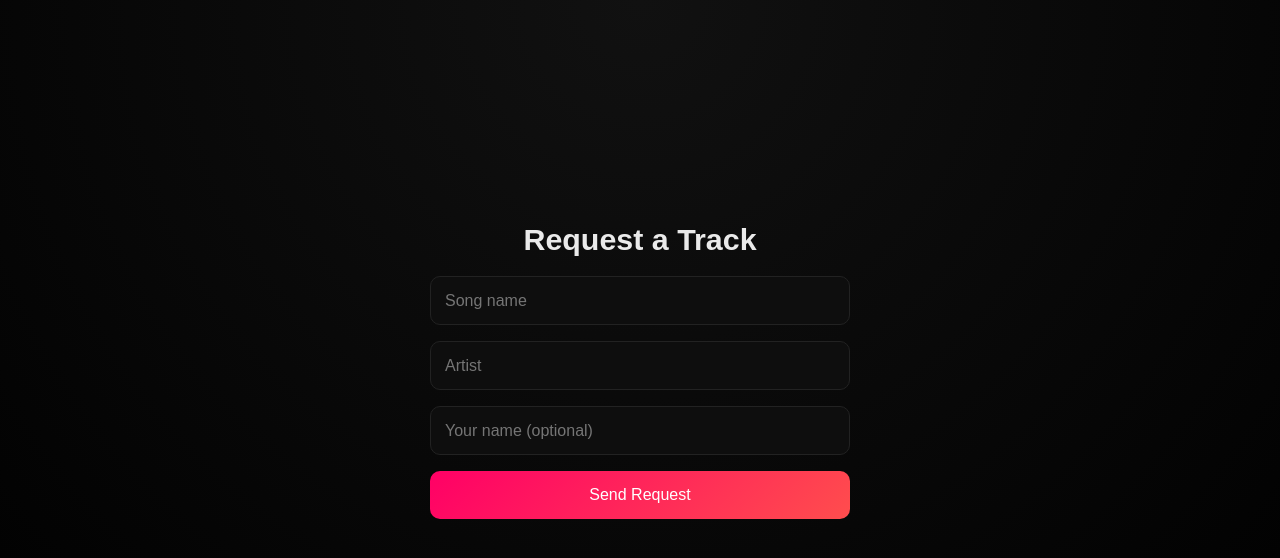
Repository: AryanHeravi/DJ-Request
Page: song_request.html
An editor plug-in stored every save of this project. The page is shown before and after the next save, followed by the edit.
The browser window is 1280 px wide. The pictures show the whole page.

Above is the page before, as saved 2026-01-31 15:22:13.
Console error: SyntaxError: Unexpected end of input

After the next save:
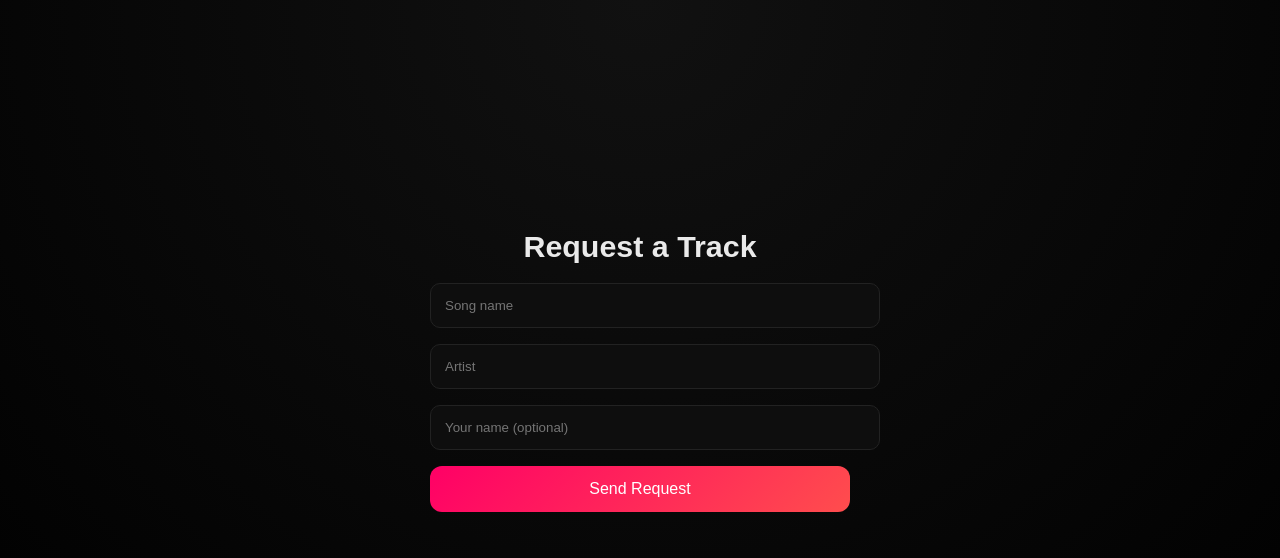
Console error: ReferenceError: emailjs is not defined
Saved 48 s later.
--- a/song_request.html
+++ b/song_request.html
@@ -51,26 +51,22 @@
   margin-bottom: 1.2rem;
 }
 
-/* unified sizing fix */
-input,
+input {
+  width: 100%;
+  padding: 14px;
+  margin-bottom: 1rem;
+  background: #0e0e0e;
+  border: 1px solid #222;
+  border-radius: 10px;
+  color: #fff;
+}
+
 button {
   width: 100%;
   padding: 14px;
-  box-sizing: border-box;
-  border-radius: 10px;
+  border-radius: 12px;
+  border: none;
   font-size: 1rem;
-  line-height: 1.2;
-}
-
-input {
-  margin-bottom: 1rem;
-  background: #0e0e0e;
-  border: 1px solid #222;
-  color: #fff;
-}
-
-button {
-  border: none;
   cursor: pointer;
 }
 
@@ -87,9 +83,7 @@
   margin-top: 0.7rem;
 }
 
-.hidden {
-  display: none;
-}
+.hidden { display: none; }
 
 .tip-note {
   font-size: 0.85rem;
@@ -133,7 +127,7 @@
       <button class="review-btn">Leave a Google Review</button>
     </a>
 
-    <a href="https://paypal.me/aryaux" target="_blank">
+    <a href="https://www.paypal.me/YOURPAYPAL" target="_blank">
       <button class="paypal-btn">Tip via PayPal</button>
     </a>
   </div>
@@ -141,9 +135,12 @@
 </div>
 
 <script>
-  const FORCE_OPEN = true;
-
-emailjs.init('zZ9hyStHZbajM0m2U');
+// ==========================
+// 🔧 TEST MODE
+// ==========================
+const FORCE_OPEN = true; // ← set to false before your shift
+
+emailjs.init('6o_OSihC1KZB6rAKo');
 
 const form = document.getElementById('songForm');
 const thankYou = document.getElementById('thankYou');
@@ -153,29 +150,23 @@
 const note = document.getElementById('note');
 
 function isOpenNow() {
-  if (FORCE_OPEN) {
-    const now = new Date();
-    return { open: true, hour: now.getHours(), min: now.getMinutes() };
-  }
-
-
-
-function isOpenNow() {
   const now = new Date();
-  const day = now.getDay(); // 0 = Sun
+  const day = now.getDay(); // 0 Sun → 6 Sat
   const hour = now.getHours();
   const min = now.getMinutes();
 
+  if (FORCE_OPEN) return { open: true, hour, min };
+
   const open =
-    (day === 4 && hour >= 20) || // Thu
-    (day === 5 && hour < 2)  ||
-    (day === 5 && hour >= 20)||
-    (day === 6 && hour < 2)  ||
-    (day === 6 && hour >= 20)||
-    (day === 0 && hour < 2)  ||
-    (day === 0 && hour >= 20)||
-    (day === 1 && hour < 2)  ||
-    (day === 1 && hour >= 20)||
+    (day === 4 && hour >= 20) || // Thu night
+    (day === 5 && hour < 2) ||
+    (day === 5 && hour >= 20) ||
+    (day === 6 && hour < 2) ||
+    (day === 6 && hour >= 20) ||
+    (day === 0 && hour < 2) ||
+    (day === 0 && hour >= 20) ||
+    (day === 1 && hour < 2) ||
+    (day === 1 && hour >= 20) ||
     (day === 2 && hour < 2);
 
   return { open, hour, min };
@@ -204,7 +195,7 @@
   const { open, hour, min } = isOpenNow();
 
   if (open) {
-    statusEl.textContent = "OPEN";
+    statusEl.textContent = FORCE_OPEN ? "OPEN (TEST MODE)" : "OPEN";
     statusEl.className = "status open";
     countdownEl.textContent = "";
     note.classList.add('hidden');
@@ -231,8 +222,8 @@
   e.preventDefault();
 
   emailjs.sendForm(
-    'service_cxyssu6',
-    'template_p4a4m3t',
+    'service_rl9aj5f',
+    'template_nrix76r',
     form
   ).then(() => {
     form.classList.add('hidden');

After the 3 saves that followed:
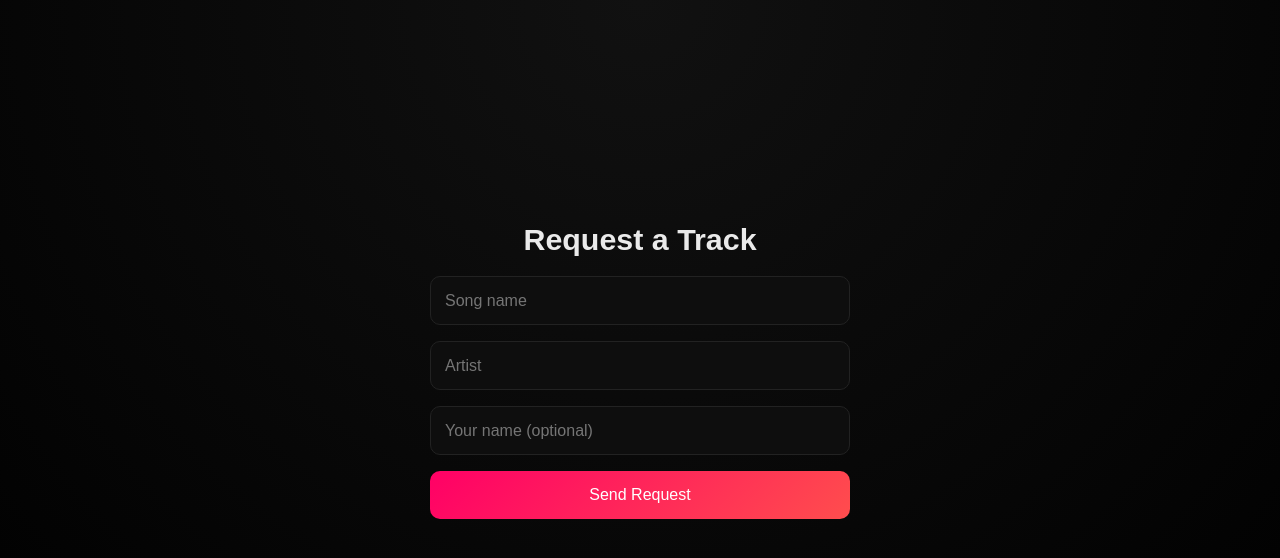
The 3 saves are shown as one change because 2 left the picture as it was.
The last was saved 106 s later.
--- a/song_request.html
+++ b/song_request.html
@@ -51,22 +51,26 @@
   margin-bottom: 1.2rem;
 }
 
-input {
+/* unified sizing fix */
+input,
+button {
   width: 100%;
   padding: 14px;
+  box-sizing: border-box;
+  border-radius: 10px;
+  font-size: 1rem;
+  line-height: 1.2;
+}
+
+input {
   margin-bottom: 1rem;
   background: #0e0e0e;
   border: 1px solid #222;
-  border-radius: 10px;
   color: #fff;
 }
 
 button {
-  width: 100%;
-  padding: 14px;
-  border-radius: 12px;
   border: none;
-  font-size: 1rem;
   cursor: pointer;
 }
 
@@ -83,7 +87,9 @@
   margin-top: 0.7rem;
 }
 
-.hidden { display: none; }
+.hidden {
+  display: none;
+}
 
 .tip-note {
   font-size: 0.85rem;
@@ -135,12 +141,7 @@
 </div>
 
 <script>
-// ==========================
-// 🔧 TEST MODE
-// ==========================
-const FORCE_OPEN = true; // ← set to false before your shift
-
-emailjs.init('6o_OSihC1KZB6rAKo');
+emailjs.init('zZ9hyStHZbajM0m2U');
 
 const form = document.getElementById('songForm');
 const thankYou = document.getElementById('thankYou');
@@ -151,22 +152,20 @@
 
 function isOpenNow() {
   const now = new Date();
-  const day = now.getDay(); // 0 Sun → 6 Sat
+  const day = now.getDay(); // 0 = Sun
   const hour = now.getHours();
   const min = now.getMinutes();
 
-  if (FORCE_OPEN) return { open: true, hour, min };
-
   const open =
-    (day === 4 && hour >= 20) || // Thu night
-    (day === 5 && hour < 2) ||
-    (day === 5 && hour >= 20) ||
-    (day === 6 && hour < 2) ||
-    (day === 6 && hour >= 20) ||
-    (day === 0 && hour < 2) ||
-    (day === 0 && hour >= 20) ||
-    (day === 1 && hour < 2) ||
-    (day === 1 && hour >= 20) ||
+    (day === 4 && hour >= 20) || // Thu
+    (day === 5 && hour < 2)  ||
+    (day === 5 && hour >= 20)||
+    (day === 6 && hour < 2)  ||
+    (day === 6 && hour >= 20)||
+    (day === 0 && hour < 2)  ||
+    (day === 0 && hour >= 20)||
+    (day === 1 && hour < 2)  ||
+    (day === 1 && hour >= 20)||
     (day === 2 && hour < 2);
 
   return { open, hour, min };
@@ -195,7 +194,7 @@
   const { open, hour, min } = isOpenNow();
 
   if (open) {
-    statusEl.textContent = FORCE_OPEN ? "OPEN (TEST MODE)" : "OPEN";
+    statusEl.textContent = "OPEN";
     statusEl.className = "status open";
     countdownEl.textContent = "";
     note.classList.add('hidden');
